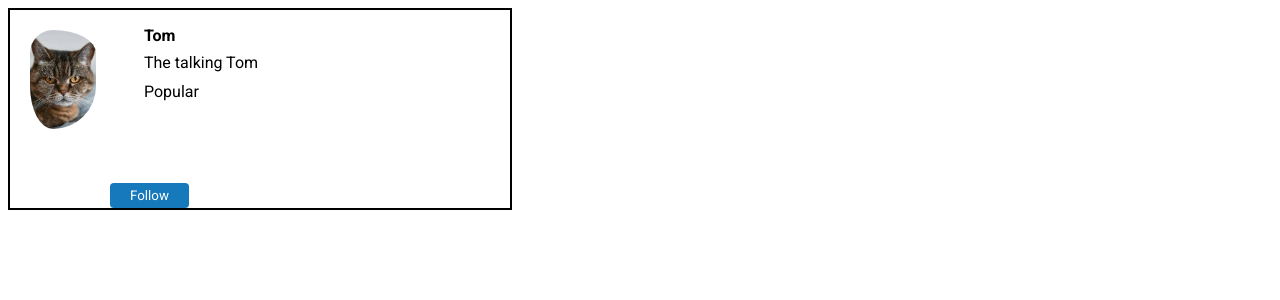
Repository: RagulRanjeeth/Frontend
Page: Exercises/Layouts.html
The author's editor kept a copy of each file at every save. The page is drawn from the files as they stood at one save, then again after the next save.
The browser window is 1280 px wide. The pictures show the whole page.

Above is the page before, as saved 2026-01-23 16:37:22.

### Exercises/Layouts.html
<!DOCTYPE html>
<html>
    <head>
        <title>
            Layout Exercises
        </title>
        <link rel="stylesheet" href="Profile.css">
            <link rel="preconnect" href="https://fonts.googleapis.com">
    <link rel="preconnect" href="https://fonts.gstatic.com" crossorigin>
    <link href="https://fonts.googleapis.com/css2?family=Montserrat:ital,wght@0,100..900;1,100..900&family=Roboto:ital,wght@0,100..900;1,100..900&display=swap" rel="stylesheet">
    </head>
    <body>
        <div class="MainContainer">
            <div class="ProfilePictureContainer">
               <img class="CatImage" src="ProfilePic/download.jpg">
            </div>
            <div class="ProfileDescription">
                <p class="DescriptionName">Tom</p>
                <p class="DescriptionSecondaryName">The talking Tom</p>
                <p class="DescriptionPopular">Popular</p>
            </div>
            <div class="ProfileButton">
                <button class="Profile">Follow</button>
            </div>
        </div>
    </body>
</html>

### Exercises/Profile.css
.MainContainer{
    width:500px;
    border-width:2px;
    border-style: solid;
}
.ProfilePictureContainer{
    width:100px;
    display:inline-block;
    vertical-align: top;

}

.CatImage{
    width:66px;
    border-radius:50px;
    padding-left:20px;
    padding-top:20px;
}

.ProfileDescription{
    width:170px;
    display:inline-block;
    font-family: Roboto, Arial;
    vertical-align: top;
    margin-left: 30px;

}

.ProfileButton{
     width:100px;
    display:inline-block;
     vertical-align: top;
     margin-left: 100px;
     margin-top: 50px;
}

.DescriptionName{
    font-weight: bold;
    margin-bottom:0px;
}

.DescriptionSecondaryName{
    margin-top:8px;
    margin-bottom:0px;

}

.DescriptionPopular{
    margin-top:10px;
}

.Profile{
  padding-left: 20px;
  padding-right: 20px;
  padding-top: 5px;
  padding-bottom: 5px;
  background-color: rgb(21, 121, 187);
  color:white;
  font-family: Roboto, Arial;
  border:none;
  border-radius: 4px;



}

After the next save:
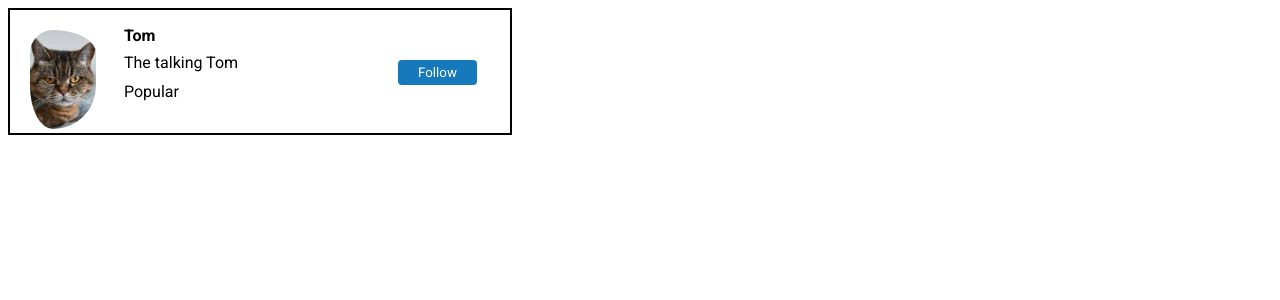
Saved 10 s later.
--- a/Exercises/Profile.css
+++ b/Exercises/Profile.css
@@ -22,7 +22,7 @@
     display:inline-block;
     font-family: Roboto, Arial;
     vertical-align: top;
-    margin-left: 30px;
+    margin-left: 10px;
 
 }
 
